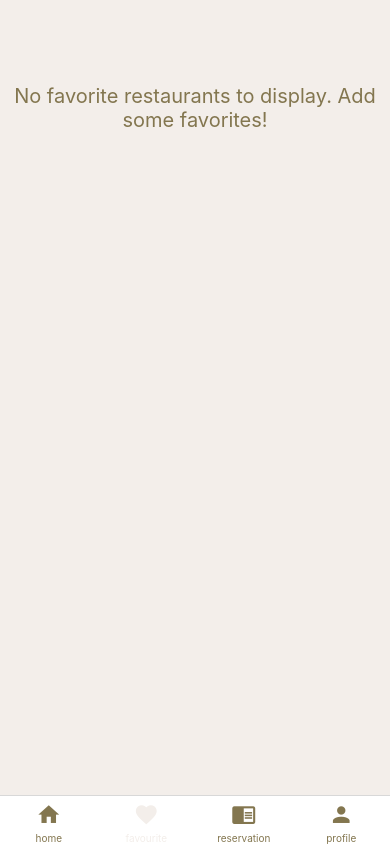
Repository: TemoshoS/restaurant-app
Screen: /favourite
The author's editor kept a copy of each file at every save. The screen is drawn from the files as they stood at one save, then again after the next save.
The page's requests for data from a server got no answer. The app was drawn by React Native's web renderer in a window 390 px wide. The project was rebuilt for these pictures with package versions that can differ from the ones it lists, and the page was loaded fresh each time. No one was signed in, and anything a server would have sent is missing. Also part of the build but not shown: Screens/LoginScreen.js, Screens/HomeScreen.js, Screens/RegisterScreen.js, Screens/RestaurantDetailsScreen.js, Screens/MenuScreen.js, Screens/ReservationScreen.js, Screens/PastReserevationScreen.js, Screens/ProfileScreen.js and 2 more.

Above is the screen before, as saved 2023-12-22 15:30:38.

### App.js
// Import necessary components and modules
import React, { useEffect, useState } from 'react';
import { StyleSheet } from 'react-native';
import { NavigationContainer } from '@react-navigation/native';
import { createStackNavigator } from '@react-navigation/stack';
import { createBottomTabNavigator } from '@react-navigation/bottom-tabs';
import LoginScreen from './Screens/LoginScreen';
import HomeScreen from './Screens/HomeScreen';
import RegisterScreen from './Screens/RegisterScreen';
import RestaurantScreen from './Screens/RestaurantScreen';
import RestaurantDetailsScreen from './Screens/RestaurantDetailsScreen';
import MenuScreen from './Screens/MenuScreen';
import ReservationScreen from './Screens/ReservationScreen';
import PastReserevationScreen from './Screens/PastReserevationScreen';
import ProfileScreen from './Screens/ProfileScreen';
import store from './store/store';
import { Provider } from 'react-redux';
import MaterialCommunityIcons from 'react-native-vector-icons/MaterialCommunityIcons';
import FavoriteRestaurantScreen from './Screens/FavoriteRestaurantScreen';
import ForgotPasswordScreen from './Screens/ForgotPasswordScreen'
import Dashboard from './Screens/Dashboard';
import { auth } from './config/firebase';

const Stack = createStackNavigator();
const Tab = createBottomTabNavigator();

export default function App() {
  const [isAdmin, setIsAdmin] = useState(false);

  useEffect(() => {
    const checkAdminStatus = async () => {
      const user = auth.currentUser;
      const isAdminUser = user ? user.email === 'temosho@admin.co' : false; // Replace with your admin email
      setIsAdmin(isAdminUser);
    };

    checkAdminStatus();
  }, []);

  function MainStack() {
    return (
      <Stack.Navigator initialRouteName='Restaurants'>
        <Stack.Screen name="Restaurants" component={RestaurantScreen} options={{ headerShown: false }} />
        <Stack.Screen name='Welcome' component={HomeScreen} options={{ headerShown: false }} />
        <Stack.Screen name='Login' component={LoginScreen} options={{ headerShown: false }} />
        <Stack.Screen name='Register' component={RegisterScreen} options={{ headerShown: false }} />
        <Stack.Screen name='Restaurant info' component={RestaurantDetailsScreen} options={{
          headerShown: true,
          headerStyle: {
            backgroundColor: '#83764F',
          },
          headerTitle: '',
          headerTitleStyle: {
            color: '#F3EEEA',
            fontWeight: 'bold',
            fontSize: 18,
          },
          headerTintColor: '#F3EEEA',
          headerBackTitleVisible: false,
          headerBackImage: () => (
            <MaterialCommunityIcons name="arrow-left" size={24} color="#F3EEEA" />
          ),
        }}  />
        <Stack.Screen name='Menu' component={MenuScreen} options={{
          headerShown: true,
          headerStyle: {
            backgroundColor: '#83764F',
          },
          headerTitle: '',
          headerTitleStyle: {
            color: '#F3EEEA',
            fontWeight: 'bold',
            fontSize: 18,
          },
          headerTintColor: '#F3EEEA',
          headerBackTitleVisible: false,
          headerBackImage: () => (
            <MaterialCommunityIcons name="arrow-left" size={24} color="#F3EEEA" />
          ),
        }} />
        {!isAdmin && (
          <Stack.Screen name='ReservationScreen' component={ReservationScreen} options={{
            headerShown: true,
            headerStyle: {
              backgroundColor: '#83764F',
            },
            headerTitle: '',
            headerTitleStyle: {
              color: '#F3EEEA',
              fontWeight: 'bold',
              fontSize: 18,
            },
            headerTintColor: '#F3EEEA',
            headerBackTitleVisible: false,
            headerBackImage: () => (
              <MaterialCommunityIcons name="arrow-left" size={24} color="#F3EEEA" />
            ),
          }}/>
        )}
        <Stack.Screen name='profile' component={ProfileScreen} options={{ headerShown: false }} />
        <Stack.Screen name='dashboard' component={Dashboard} options={{ headerShown: false }} />
        <Stack.Screen name='ForgotPasswordScreen' component={ForgotPasswordScreen} options={{ headerShown: false }} />
      </Stack.Navigator>
    );
  }

  function TabNavigator() {
    return (
      <Tab.Navigator
        tabBarOptions={{
          activeTintColor: '#F3EEEA',
          inactiveTintColor: '#83764F',
        }}
      >
        <Tab.Screen
          name="home"
          component={MainStack}
          options={{
            headerShown: false,
            tabBarIcon: ({ color, size }) => (
              <MaterialCommunityIcons name="home" color={color} size={size} />
            ),
          }}
        />
        {!isAdmin && (
          <Tab.Screen
            name="favourite"
            component={FavoriteRestaurantScreen}
            options={{
              headerShown: false,
              tabBarIcon: ({ color, size }) => (
                <MaterialCommunityIcons name="heart" color={color} size={size} />
              ),
            }}
          />
        )}
        {!isAdmin && (
          <Tab.Screen
            name="reservation"
            component={PastReserevationScreen}
            options={{
              headerShown: false,
              tabBarIcon: ({ color, size }) => (
                <MaterialCommunityIcons name="book-open" color={color} size={size} />
              ),
            }}
          />
        )}
        <Tab.Screen
          name="profile"
          component={ProfileScreen}
          options={{
            headerShown: false,
            tabBarIcon: ({ color, size }) => (
              <MaterialCommunityIcons name="account" color={color} size={size} />
            ),
          }}
        />
      </Tab.Navigator>
    );
  }

  return (
    <Provider store={store}>
      <NavigationContainer>
        <TabNavigator />
      </NavigationContainer>
    </Provider>
  );
}

const styles = StyleSheet.create({
  container: {
    flex: 1,
    backgroundColor: 'black',
    alignItems: 'center',
    justifyContent: 'center',
  },
});

### store/store.js
import { createStore, applyMiddleware, combineReducers } from 'redux';
import thunk from 'redux-thunk';
import restaurantsReducer from '../reducers/restaurantsReducer';
import reserveReducer from '../reducers/reserveReducer';
import authReducer from '../reducers/authReducer';
import favoriteRestaurantsReducer from '../reducers/favoriteRestaurantsReducer';


const rootReducer = combineReducers({
  restaurants: restaurantsReducer,
  reservation: reserveReducer,
  auth: authReducer,
  favoriteRestaurants: favoriteRestaurantsReducer,

});

const store = createStore(rootReducer, applyMiddleware(thunk));

export default store;

### Screens/FavoriteRestaurantScreen.js
import React, { useEffect, useState } from 'react';
import { connect } from 'react-redux';
import { fetchFavouriteRestaurants } from '../actions/favoriteRestaurantActions';
import {
  StyleSheet,
  Text,
  View,
  Image,
  ScrollView,
  TouchableOpacity,
} from 'react-native';
import {
  getAuth,
  onAuthStateChanged,
} from 'firebase/auth';
import {
  widthPercentageToDP as wp,
  heightPercentageToDP as hp,
} from 'react-native-responsive-screen';

const FavoriteRestaurantScreen = ({
  favRestaurants,
  fetchFavouriteRestaurants,
}) => {
  const [currentUserID, setCurrentUserID] = useState(null);

  useEffect(() => {
    fetchFavouriteRestaurants();

    const auth = getAuth();
    const unsubscribe = onAuthStateChanged(auth, (user) => {
      if (user) {
        setCurrentUserID(user.uid);
      } else {
        setCurrentUserID(null);
      }
    });

    return () => unsubscribe();
  }, []);

  const filteredRestaurants = favRestaurants
    .filter(
      (restaurant) =>
        restaurant.ratings > 10 && restaurant.userId === currentUserID
    )
    .sort((a, b) => b.ratings - a.ratings);

  return (
    <ScrollView style={styles.container}>
      {filteredRestaurants.length === 0 ? (
        <Text style={styles.emptyMessage}>
          No favorite restaurants to display. Add some favorites!
        </Text>
      ) : (
        filteredRestaurants.map((restaurant) => (
          <TouchableOpacity
            key={restaurant.id}
            style={styles.restaurantCard}

          >
            <Image
              source={{ uri: restaurant.restImage }}
              style={styles.restaurantImage}
            />
            <Text style={styles.restaurantName}>
              {restaurant.restName}
            </Text>
            <Text style={styles.restaurantRating}>
              Rating: {restaurant.ratings}
            </Text>
          </TouchableOpacity>
        ))
      )}
    </ScrollView>
  );
};

const mapStateToProps = (state) => ({
  favRestaurants: state.favoriteRestaurants.favRestaurants,
});

export default connect(mapStateToProps, {
  fetchFavouriteRestaurants,
})(FavoriteRestaurantScreen);

const styles = StyleSheet.create({
  container: {
    flex: 1,
    backgroundColor: '#F3EEEA',
  },
  restaurantCard: {
    backgroundColor: '#83764F',
    padding: wp('4%'),
    margin: wp('2%'),
    borderRadius: wp('2%'),
    shadowColor: '#000',
    shadowOffset: { width: 0, height: 2 },
    shadowOpacity: 0.25,
    shadowRadius: 3.84,
    elevation: 5,
  },
  restaurantImage: {
    width: '100%',
    height: hp('20%'),
    borderRadius: wp('2%'),
    marginBottom: hp('1%'),
  },
  restaurantName: {
    fontSize: wp('4.5%'),
    fontWeight: 'bold',
    marginBottom: hp('1%'),
    color: '#F3EEEA',
  },
  restaurantRating: {
    fontSize: wp('4%'),
    color: '#F3EEEA',
  },
  emptyMessage: {
    fontSize: wp('5%'),
    color: '#83764F',
    textAlign: 'center',
    marginTop: hp('10%'),
  },
});

### config/firebase.js
// Import the functions you need from the SDKs you need
import { initializeApp } from "firebase/app";
import { getAnalytics } from "firebase/analytics";

import {getAuth} from 'firebase/auth';
import {getFirestore} from 'firebase/firestore'
// TODO: Add SDKs for Firebase products that you want to use
// https://firebase.google.com/docs/web/setup#available-libraries

// Your web app's Firebase configuration
// For Firebase JS SDK v7.20.0 and later, measurementId is optional
const firebaseConfig = {
  apiKey: "AIzaSyDa4_cUmrR60k82VypxJ_US-F7FEiItCL4",
  authDomain: "restaurant-app-da7bc.firebaseapp.com",
  projectId: "restaurant-app-da7bc",
  storageBucket: "restaurant-app-da7bc.appspot.com",
  messagingSenderId: "598136487640",
  appId: "1:598136487640:web:f77577fdc1710db8c1a1ad",
  measurementId: "G-6D4DHL06Z0"
};

// Initialize Firebase
const app = initializeApp(firebaseConfig);
const analytics = getAnalytics(app);

const auth = getAuth(app)
const db = getFirestore(app)
export {auth, db}

### actions/authActions.js
import { sendPasswordResetEmail } from 'firebase/auth';
import { auth } from '../config/firebase';
export const LOGIN_SUCCESS = 'LOGIN_SUCCESS';
export const REGISTER_SUCCESS = 'REGISTER_SUCCESS';
export const FORGOT_PASSWORD_REQUEST = 'FORGOT_PASSWORD_REQUEST';
export const FORGOT_PASSWORD_SUCCESS = 'FORGOT_PASSWORD_SUCCESS';
export const FORGOT_PASSWORD_FAILURE = 'FORGOT_PASSWORD_FAILURE';
export const LOGOUT = 'LOGOUT';

export const loginSuccess = (user) => ({
  type: LOGIN_SUCCESS,
  payload: user,
});

export const registerSuccess = (user) => ({
  type: REGISTER_SUCCESS,
  payload: user,
});

export const forgotPasswordRequest = () => ({
  type: FORGOT_PASSWORD_REQUEST,
});

export const forgotPasswordSuccess = () => ({
  type: FORGOT_PASSWORD_SUCCESS,
});

export const forgotPasswordFailure = (error) => ({
  type: FORGOT_PASSWORD_FAILURE,
  payload: error,
});

export const forgotPassword = (email) => {
  return async (dispatch) => {
    dispatch(forgotPasswordRequest());

    try {
      await sendPasswordResetEmail(auth, email);
      dispatch(forgotPasswordSuccess());
    } catch (error) {
      dispatch(forgotPasswordFailure(error));
    }
  };
};

export const logout = () => ({
  type: LOGOUT,
});

### actions/restaurant.js
import { db } from "../config/firebase";
import { collection ,getDocs} from "firebase/firestore";

export const FETCH_RESTAURANTS = 'FETCH_RESTAURANTS';

export const fetchRestaurants = () => {
  return async (dispatch) => {
    const restaurantsCollection = collection(db, 'restaurants');
    const snapshot = await getDocs(restaurantsCollection);
    const restaurants = [];
    snapshot.forEach((doc) => {
      restaurants.push(doc.data());
    });
    dispatch({ type: FETCH_RESTAURANTS, payload: restaurants });
  };
};

### components/navbar.js
import React,{useState, useEffect} from 'react';
import { StyleSheet, Text, View } from 'react-native';
import Icon from 'react-native-vector-icons/FontAwesome';
import { getAuth, onAuthStateChanged } from 'firebase/auth';


const Navbar = () => {
  const [currentUser, setCurrentUser] = useState(null);

  useEffect(()=>{
    const auth = getAuth();

    const unsubscribe = onAuthStateChanged(auth, (user)=>{
      if (user) {
        setCurrentUser(user.displayName);

      } else {
        setCurrentUser(null);

      }
    });

    return()=> unsubscribe();
  },[]);

  const getCurrentTimeOfDay = () => {
    const currentHour = new Date().getHours();
    if (currentHour >= 0 && currentHour < 12) {
      return 'morning';
    } else if (currentHour >= 12 && currentHour < 18) {
      return 'afternoon';
    } else {
      return 'evening';
    }
  };

  return (
    <View style={styles.container}>
      <View style={styles.user}>
        <Text style={styles.greetingText}>
          Good {getCurrentTimeOfDay()},
        </Text>
        <View style={styles.userRow}>
          <Icon name="user" size={20} color="#fff" />
          <Text style={styles.userText}>{currentUser}</Text>
        </View>
      </View>
    </View>
  );
};

const styles = StyleSheet.create({
  container: {
    backgroundColor: '#83764F',
    paddingVertical: 10,
    paddingHorizontal: 20,
    marginBottom: 40,
  },
  user: {
    flexDirection: 'row',
    alignItems: 'center',
  },
  greetingText: {
    fontSize: 20,
    fontWeight: 'bold',
    color: '#fff',
  },
  userRow: {
    flexDirection: 'row',
    alignItems: 'center',
    marginLeft: 100
  },
  userText: {
    marginLeft: 10,
    fontSize: 18,
    fontWeight: 'bold',
    color: '#fff',
  },
});

export default Navbar;

### components/search.js
import React from 'react';
import { StyleSheet, View, TextInput } from 'react-native';
import { Ionicons } from '@expo/vector-icons'; // You may need to install the Ionicons package

const Search = ({ onSearch }) => {
  return (
    <View style={styles.container}>
      <View style={styles.inputContainer}>
        <Ionicons name="search" size={24} color="#666" style={styles.searchIcon} />
        <TextInput
          style={styles.searchInput}
          placeholder="Search"
          placeholderTextColor="#666"
          onChangeText={(text) => onSearch(text)}
        />
      </View>
    </View>
  );
};

const styles = StyleSheet.create({
  container: {
    alignItems: 'center',
    marginBottom: 20
  },
  inputContainer: {
    flexDirection: 'row',
    alignItems: 'center',
    backgroundColor: '#ccc',
    paddingVertical: 8,
    paddingHorizontal: 12,
    borderRadius: 25,
  },
  searchIcon: {
    marginRight: 10,
  },
  searchInput: {
    flex: 1,
    fontSize: 16,
    color: '#333',

  },
});

export default Search;

### actions/reserveAction.js
import { db } from "../config/firebase";
import { collection, addDoc, getDocs, query, where } from "firebase/firestore";

export const RESERVE_SUCCESS = "RESERVE_SUCCESS";
export const RESERVE_FAILURE = "RESERVE_FAILURE";
export const FETCH_ALL_RESERVATIONS = 'FETCH_ALL_RESERVATIONS';
export const FETCH_PAST_RESERVATIONS = 'ETCH_PAST_RESERVATIONS';


export const reserveTable = (reservationData) => {
  return async (dispatch) => {
    try {
      // Save the reservation data to Firestore
      const ordersCollection = collection(db, "Orders");
      const docRef = await addDoc(ordersCollection, reservationData);


      dispatch({ type: RESERVE_SUCCESS, payload: docRef });
    } catch (error) {

      dispatch({ type: RESERVE_FAILURE, payload: error.message });
    }
  };
};

export const fetchPastReservations = (userId) => {
  return async (dispatch) => {
    try {

      //query to fetch reservations based on the userId
      const reservationsCollection = collection(db, 'Orders');
      const userQuery = query(reservationsCollection, where('userId', '==', userId));

      const snapshot = await getDocs(userQuery);

      const pastReservations = [];
      snapshot.forEach((doc) => {
        pastReservations.push(doc.data());
      });


      dispatch({ type: FETCH_PAST_RESERVATIONS, payload: pastReservations });
    } catch (error) {
      // Handle errors
      console.error('Error fetching past reservations:', error);
    }
  };
}


export const fetchAllReservations = () => {
  return async (dispatch) => {
    try {
      // Query to fetch all reservations
      const reservationsCollection = collection(db, 'Orders');
      const snapshot = await getDocs(reservationsCollection);
      const allReservations = [];

      snapshot.forEach((doc) => {
        allReservations.push(doc.data());
      });

      dispatch({ type: FETCH_ALL_RESERVATIONS, payload: allReservations });
    } catch (error) {
      console.error('Error fetching all reservations:', error);
    }
  };
};

### reducers/restaurantsReducer.js
import { FETCH_RESTAURANTS } from "../actions/restaurant";


const initialState = {
    restaurants: [],
};

const restaurantsReducer = (state = initialState, action) =>{

    switch (action.type) {
        case FETCH_RESTAURANTS:
          return { ...state, restaurants: action.payload };
        default:
          return state;
      }


};

export default restaurantsReducer;

### reducers/reserveReducer.js
import { RESERVE_SUCCESS, RESERVE_FAILURE, FETCH_PAST_RESERVATIONS,FETCH_ALL_RESERVATIONS } from "../actions/reserveAction";

const initialState = {
  reservationSuccess: null,
  reservationError: null,
  pastReservations: [],
  allReservations: [],
  loading: false,
};

const reserveReducer = (state = initialState, action) => {
  switch (action.type) {
    case RESERVE_SUCCESS:
      return { ...state, reservationSuccess: action.payload, reservationError: null };
    case RESERVE_FAILURE:
      return { ...state, reservationSuccess: null, reservationError: action.payload };
    case FETCH_PAST_RESERVATIONS:
      return { ...state, pastReservations: action.payload };
      case FETCH_ALL_RESERVATIONS:
        return { ...state, allReservations: action.payload, loading: false };
    default:
      return state;
  }
};

export default reserveReducer;

### reducers/authReducer.js
import {
  LOGIN_SUCCESS,
  REGISTER_SUCCESS,
  LOGOUT ,
  FORGOT_PASSWORD_REQUEST,
  FORGOT_PASSWORD_SUCCESS,
  FORGOT_PASSWORD_FAILURE,} from '../actions/authActions';

const initialState = {
  user: null,
  isAuthenticated: false,
  forgotPasswordLoading: false,
  forgotPasswordSuccess: false,
  forgotPasswordError: null,

};

const authReducer = (state = initialState, action) => {
  switch (action.type) {
    case LOGIN_SUCCESS:
    case REGISTER_SUCCESS:
      return {
        ...state,
        user: action.payload,
        isAuthenticated: true,
      };
      case FORGOT_PASSWORD_REQUEST:
        return {
          ...state,
          forgotPasswordLoading: true,
          forgotPasswordSuccess: false,
          forgotPasswordError: null,
        };
      case FORGOT_PASSWORD_SUCCESS:
        return {
          ...state,
          forgotPasswordLoading: false,
          forgotPasswordSuccess: true,
          forgotPasswordError: null,
        };
      case FORGOT_PASSWORD_FAILURE:
      return {
        ...state,
        forgotPasswordLoading: false,
        forgotPasswordSuccess: false,
        forgotPasswordError: action.payload,
      };
    case LOGOUT:
      return {
        ...state,
        user: null,
        isAuthenticated: false,
      };
    default:
      return state;
  }
};

export default authReducer;

### reducers/favoriteRestaurantsReducer.js
import { FETCH_FAV_RESTAURANTS } from "../actions/favoriteRestaurantActions";


const initialState = {
    favRestaurants: [],
};

const favRestaurantsReducer = (state = initialState, action) =>{

    switch (action.type) {
        case FETCH_FAV_RESTAURANTS:
          return { ...state, favRestaurants: action.payload };
        default:
          return state;
      }


};

export default favRestaurantsReducer;

### actions/favoriteRestaurantActions.js
import { db } from "../config/firebase";
import { collection ,getDocs} from "firebase/firestore";

export const FETCH_FAV_RESTAURANTS = 'FETCH_FAV_RESTAURANTS';

export const fetchFavouriteRestaurants = () => {
  return async (dispatch) => {
    const restaurantsCollection = collection(db, 'favouriteRestaurants');
    const snapshot = await getDocs(restaurantsCollection);
    const favRestaurants = [];
    snapshot.forEach((doc) => {
      favRestaurants.push(doc.data());
    });
    dispatch({ type: FETCH_FAV_RESTAURANTS, payload: favRestaurants });
  };
};

Loaded but not shown: Screens/RestaurantScreen.js (496 lines, source omitted)

After the next save:
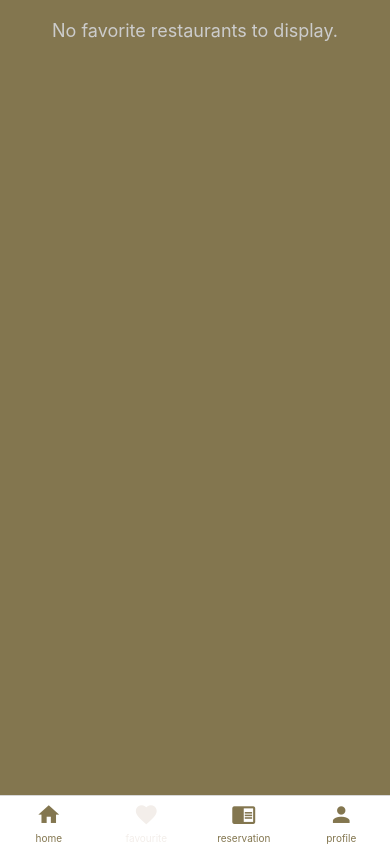
Saved 7 s later.
--- a/Screens/FavoriteRestaurantScreen.js
+++ b/Screens/FavoriteRestaurantScreen.js
@@ -1,27 +1,10 @@
 import React, { useEffect, useState } from 'react';
 import { connect } from 'react-redux';
 import { fetchFavouriteRestaurants } from '../actions/favoriteRestaurantActions';
-import {
-  StyleSheet,
-  Text,
-  View,
-  Image,
-  ScrollView,
-  TouchableOpacity,
-} from 'react-native';
-import {
-  getAuth,
-  onAuthStateChanged,
-} from 'firebase/auth';
-import {
-  widthPercentageToDP as wp,
-  heightPercentageToDP as hp,
-} from 'react-native-responsive-screen';
+import { StyleSheet, Text, View, Image, ScrollView } from 'react-native';
+import { getAuth, onAuthStateChanged } from 'firebase/auth';
 
-const FavoriteRestaurantScreen = ({
-  favRestaurants,
-  fetchFavouriteRestaurants,
-}) => {
+const FavoriteRestaurantScreen = ({ favRestaurants, fetchFavouriteRestaurants }) => {
   const [currentUserID, setCurrentUserID] = useState(null);
 
   useEffect(() => {
@@ -40,36 +23,20 @@ const FavoriteRestaurantScreen = ({
   }, []);
 
   const filteredRestaurants = favRestaurants
-    .filter(
-      (restaurant) =>
-        restaurant.ratings > 10 && restaurant.userId === currentUserID
-    )
+    .filter((restaurant) => restaurant.ratings > 10 && restaurant.userId === currentUserID)
     .sort((a, b) => b.ratings - a.ratings);
 
   return (
     <ScrollView style={styles.container}>
       {filteredRestaurants.length === 0 ? (
-        <Text style={styles.emptyMessage}>
-          No favorite restaurants to display. Add some favorites!
-        </Text>
+        <Text style={styles.emptyMessage}>No favorite restaurants to display.</Text>
       ) : (
         filteredRestaurants.map((restaurant) => (
-          <TouchableOpacity
-            key={restaurant.id}
-            style={styles.restaurantCard}
-
-          >
-            <Image
-              source={{ uri: restaurant.restImage }}
-              style={styles.restaurantImage}
-            />
-            <Text style={styles.restaurantName}>
-              {restaurant.restName}
-            </Text>
-            <Text style={styles.restaurantRating}>
-              Rating: {restaurant.ratings}
-            </Text>
-          </TouchableOpacity>
+          <View key={restaurant.id} style={styles.restaurantCard}>
+            <Image source={{ uri: restaurant.restImage }} style={styles.restaurantImage} />
+            <Text style={styles.restaurantName}>{restaurant.restName}</Text>
+            <Text style={styles.restaurantRating}>Rating: {restaurant.ratings}</Text>
+          </View>
         ))
       )}
     </ScrollView>
@@ -80,20 +47,18 @@ const mapStateToProps = (state) => ({
   favRestaurants: state.favoriteRestaurants.favRestaurants,
 });
 
-export default connect(mapStateToProps, {
-  fetchFavouriteRestaurants,
-})(FavoriteRestaurantScreen);
+export default connect(mapStateToProps, { fetchFavouriteRestaurants })(FavoriteRestaurantScreen);
 
 const styles = StyleSheet.create({
   container: {
     flex: 1,
-    backgroundColor: '#F3EEEA',
+    backgroundColor: '#83764F',
   },
   restaurantCard: {
-    backgroundColor: '#83764F',
-    padding: wp('4%'),
-    margin: wp('2%'),
-    borderRadius: wp('2%'),
+    backgroundColor: '#F3EEEA',
+    padding: 16,
+    margin: 16,
+    borderRadius: 10,
     shadowColor: '#000',
     shadowOffset: { width: 0, height: 2 },
     shadowOpacity: 0.25,
@@ -102,24 +67,24 @@ const styles = StyleSheet.create({
   },
   restaurantImage: {
     width: '100%',
-    height: hp('20%'),
-    borderRadius: wp('2%'),
-    marginBottom: hp('1%'),
+    height: 150,
+    borderRadius: 8,
+    marginBottom: 10,
   },
   restaurantName: {
-    fontSize: wp('4.5%'),
+    fontSize: 18,
     fontWeight: 'bold',
-    marginBottom: hp('1%'),
-    color: '#F3EEEA',
+    marginBottom: 5,
+    color: '#83764F',
   },
   restaurantRating: {
-    fontSize: wp('4%'),
-    color: '#F3EEEA',
+    fontSize: 16,
+    color: '#888',
   },
   emptyMessage: {
-    fontSize: wp('5%'),
-    color: '#83764F',
+    fontSize: 18,
+    color: '#ccc',
     textAlign: 'center',
-    marginTop: hp('10%'),
+    marginTop: 20,
   },
 });
